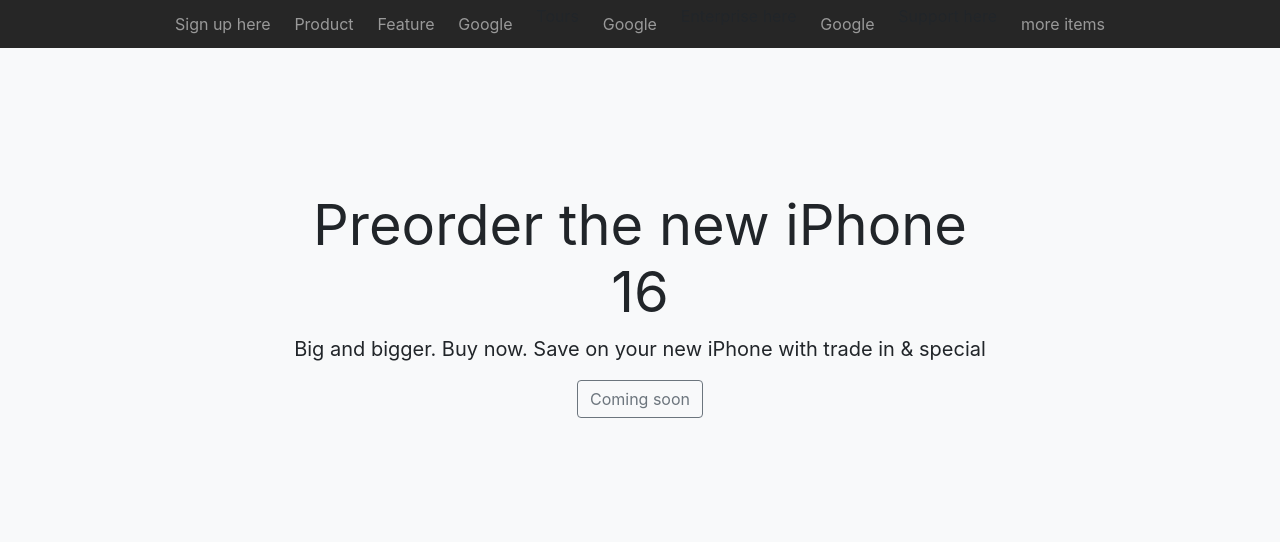
Repository: easonxu2333/YimingXuWebsite
Page: LearnCS8-Twilio/index.html
The author's editor kept a record of every edit. The page is drawn from the files as they stood at one moment, then again after the next edit.
The browser window is 1280 px wide. The pictures show the part of the page from y = 0 to 542 px (the page is 1147 px tall).
A picture or video elsewhere on the page could not be fetched, so the positions and the page height are approximate.

Above is the page before.

After the next edit:
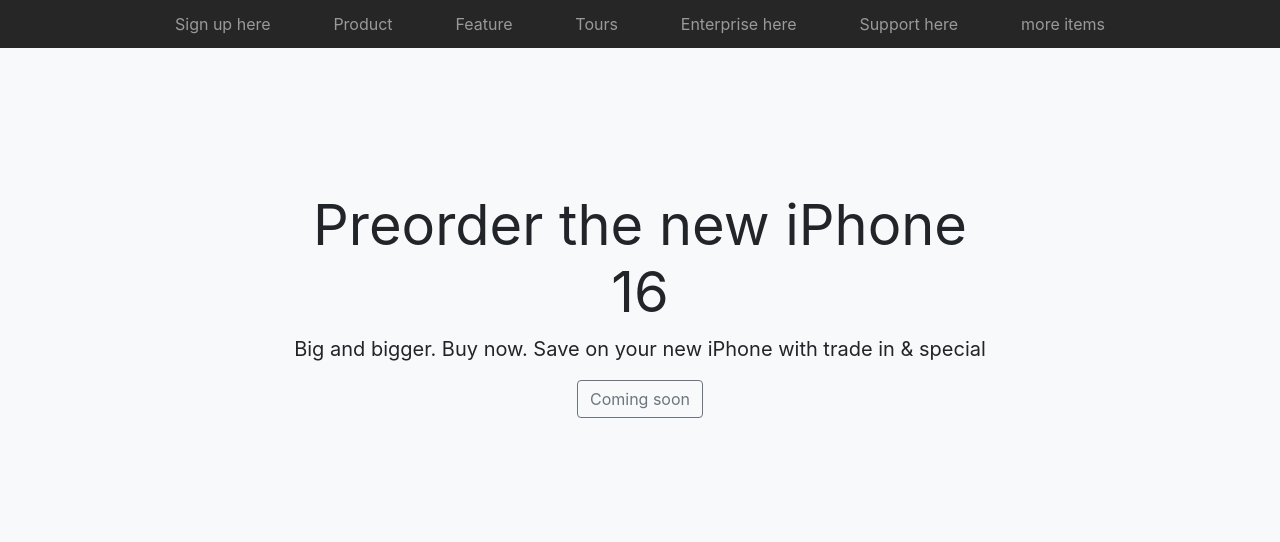
The edit:
--- a/LearnCS8-Twilio/index.html
+++ b/LearnCS8-Twilio/index.html
@@ -22,9 +22,9 @@
          <a class="py-2 d-none d-md-inline-block" id="menu-item-1" href="https://google.com" target="iphone sgn up">Sign up here</a>
         <a class="py-2 d-none d-md-inline-block" id="menu-item-2" href="https://google.com" target="iphone product">Product</a>
         <a class="py-2 d-none d-md-inline-block" id="menu-item-4" href="https://google.com" target="iphone feature">Feature</a>
-        <a class="py-2 d-none d-md-inline-block" id="menu-item-3" href="https://google.com" target="iphone tour">Google</a>Tours</a>
-        <a class="py-2 d-none d-md-inline-block" id="menu-item-5" href="https://google.com" target="iphone enterprise">Google</a>Enterprise here</a>
-        <a class="py-2 d-none d-md-inline-block" id="menu-item-6" href="https://google.com" target="iphone support">Google</a>Support here</a>
+        <a class="py-2 d-none d-md-inline-block" id="menu-item-3" href="https://google.com" target="iphone tour">Tours</a>
+        <a class="py-2 d-none d-md-inline-block" id="menu-item-5" href="https://google.com" target="iphone enterprise">Enterprise here</a>
+        <a class="py-2 d-none d-md-inline-block" id="menu-item-6" href="https://google.com" target="iphone support">Support here</a>
 
         <a class="py-2 d-none d-md-inline-block" id="menu-item-7" href="#">more items</a>
     </div>
